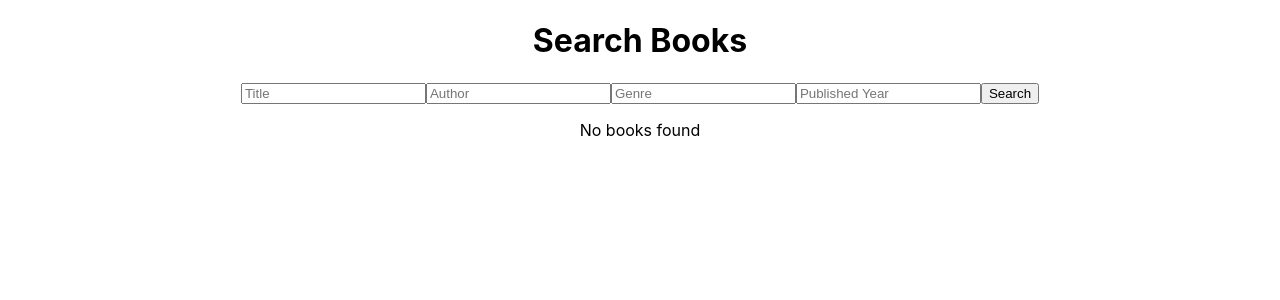
Repository: Surbhiairan/book-search-client
Page: /
The author's editor kept a copy of each file at every save. The page is drawn from the files as they stood at one save, then again after the next save.
The browser window is 1280 px wide. The pictures show the whole page.
The project was rebuilt for these pictures with package versions that can differ from the ones it lists, and the page was loaded fresh each time.

Above is the page before, as saved 2024-06-11 18:31:20.

### src/App.js
import logo from './logo.svg';
import './App.css';
import SearchBooks from './components/SearchBooks';

function App() {
  return (
    <div className="App">
      <SearchBooks />
    </div>
  );
}

export default App;

### src/components/SearchBooks.js
import React, { useState } from 'react';
import axios from 'axios';

const SearchBooks = () => {
  const [books, setBooks] = useState([]);
  const [searchCriteria, setSearchCriteria] = useState({
    title: '',
    author: '',
    genre: '',
    publishedYear: ''
  });

  const [sortCriteria, setSortCriteria] = useState({
    sortBy: 'title',
    order: 'asc'
  });

  const handleChange = (e) => {
    setSearchCriteria({ ...searchCriteria, [e.target.name]: e.target.value });
  };

  const handleSortChange = (e) => {
    setSortCriteria({ ...sortCriteria, [e.target.name]: e.target.value });
  };

  const handleSearch = async () => {
    try {
      const response = await axios.get('http://localhost:5000/api/books', {
        params: searchCriteria
      });
      setBooks(response.data);
    } catch (err) {
      console.error(err);
    }
  };

  return (
    <div>
      <h1>Search Books</h1>
      <div>
        <input
          type="text"
          name="title"
          placeholder="Title"
          value={searchCriteria.title}
          onChange={handleChange}
        />
        <input
          type="text"
          name="author"
          placeholder="Author"
          value={searchCriteria.author}
          onChange={handleChange}
        />
        <input
          type="text"
          name="genre"
          placeholder="Genre"
          value={searchCriteria.genre}
          onChange={handleChange}
        />
        <input
          type="number"
          name="publishedYear"
          placeholder="Published Year"
          value={searchCriteria.publishedYear}
          onChange={handleChange}
        />
        <button onClick={handleSearch}>Search</button>
      </div>
      <div>
        {books.length > 0 ? (
          <ul>
            {books.map((book) => (
              <li key={book.id}>{book.title} by {book.author}</li>
            ))}
          </ul>
        ) : (
          <p>No books found</p>
        )}
      </div>
    </div>
  );
};

export default SearchBooks;

Loaded but not shown: public/index.html (common file); src/index.js (common file); src/index.css (common file); src/reportWebVitals.js (common file); src/App.css (common file)

After the next save:
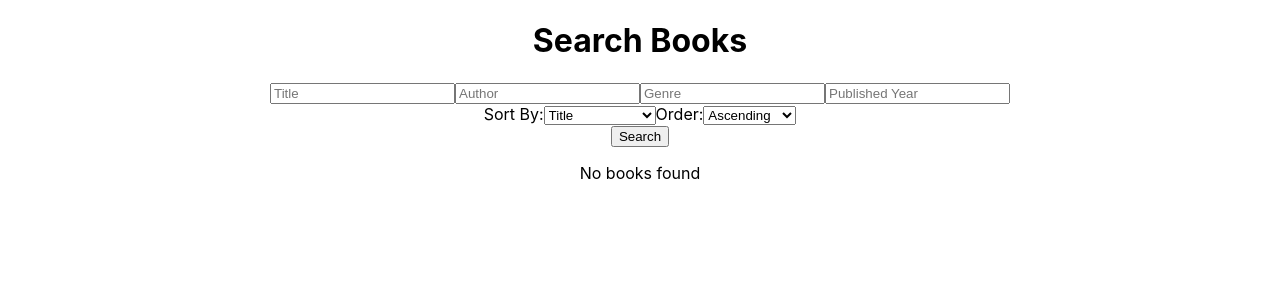
Saved 2 min 22 s later.
--- a/src/components/SearchBooks.js
+++ b/src/components/SearchBooks.js
@@ -26,13 +26,14 @@ const SearchBooks = () => {
   const handleSearch = async () => {
     try {
       const response = await axios.get('http://localhost:5000/api/books', {
-        params: searchCriteria
+        params: { ...searchCriteria, ...sortCriteria }
       });
       setBooks(response.data);
     } catch (err) {
       console.error(err);
     }
   };
+
 
   return (
     <div>
@@ -66,6 +67,23 @@ const SearchBooks = () => {
           value={searchCriteria.publishedYear}
           onChange={handleChange}
         />
+        <div>
+          <label>
+            Sort By:
+            <select name="sortBy" value={sortCriteria.sortBy} onChange={handleSortChange}>
+              <option value="title">Title</option>
+              <option value="author">Author</option>
+              <option value="publishedYear">Published Year</option>
+            </select>
+          </label>
+          <label>
+            Order:
+            <select name="order" value={sortCriteria.order} onChange={handleSortChange}>
+              <option value="asc">Ascending</option>
+              <option value="desc">Descending</option>
+            </select>
+          </label>
+        </div>
         <button onClick={handleSearch}>Search</button>
       </div>
       <div>
